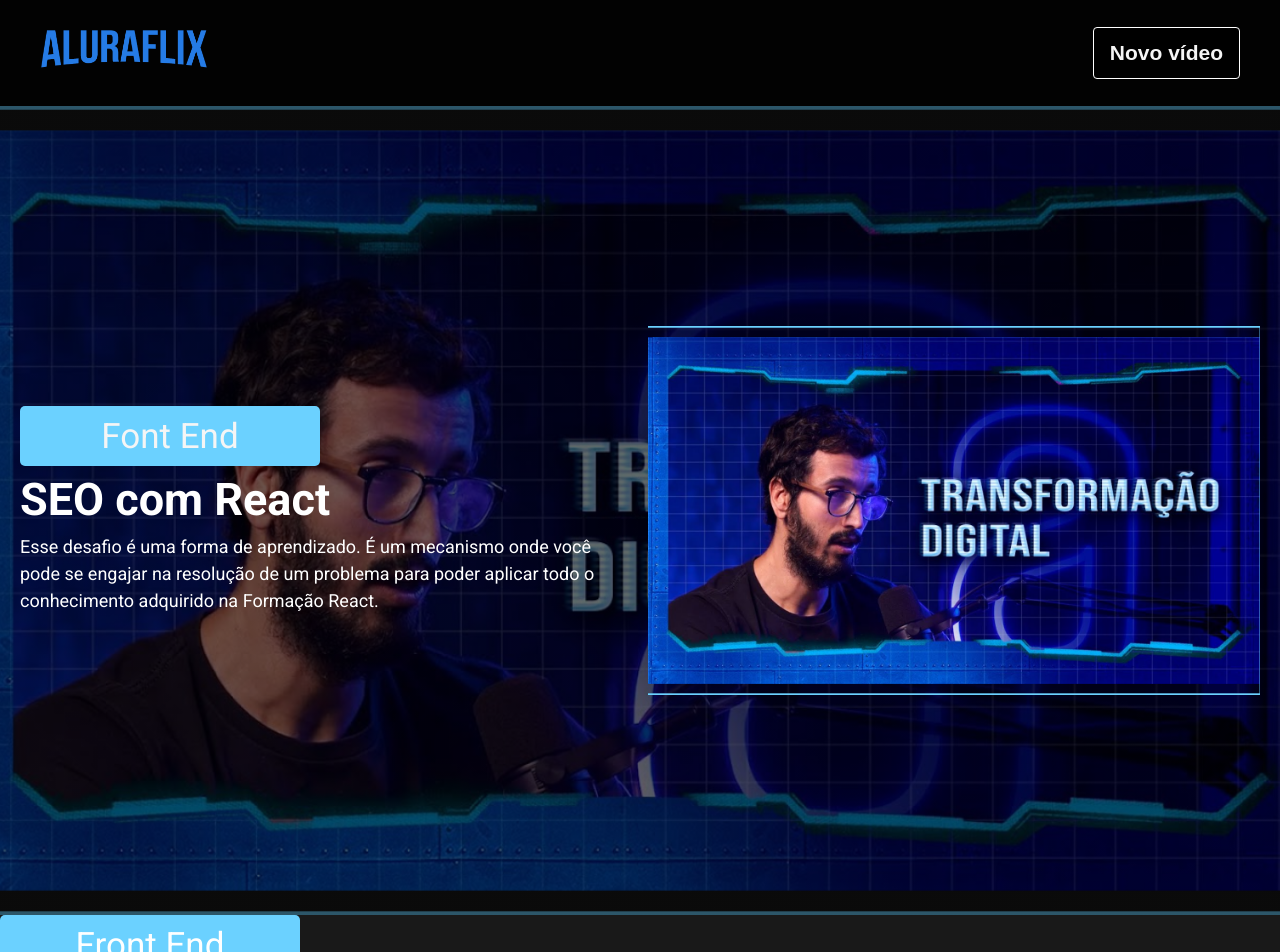
Repository: CarlosEduardoVdeOliveira/aluraflix
Page: /
An editor plug-in stored every save of this project. The page is shown before and after the next save, followed by the edit.
The browser window is 1280 px wide. The pictures show the part of the page from y = 0 to 952 px (the page is 2961 px tall).
The project was rebuilt for these pictures with package versions that can differ from the ones it lists, and the page was loaded fresh each time. Also part of the build but not shown: vite.config.js, src/components/Input/Input.module.css, src/components/Input/index.jsx, src/components/TextArea/TextArea.module.css, src/components/TextArea/index.jsx, src/pages/RegisterVideo/Register.module.css, src/pages/RegisterVideo/index.jsx, src/components/Table/Table.module.css and 3 more.

Above is the page before, as saved 2023-09-26 10:25:28.

After the next save:
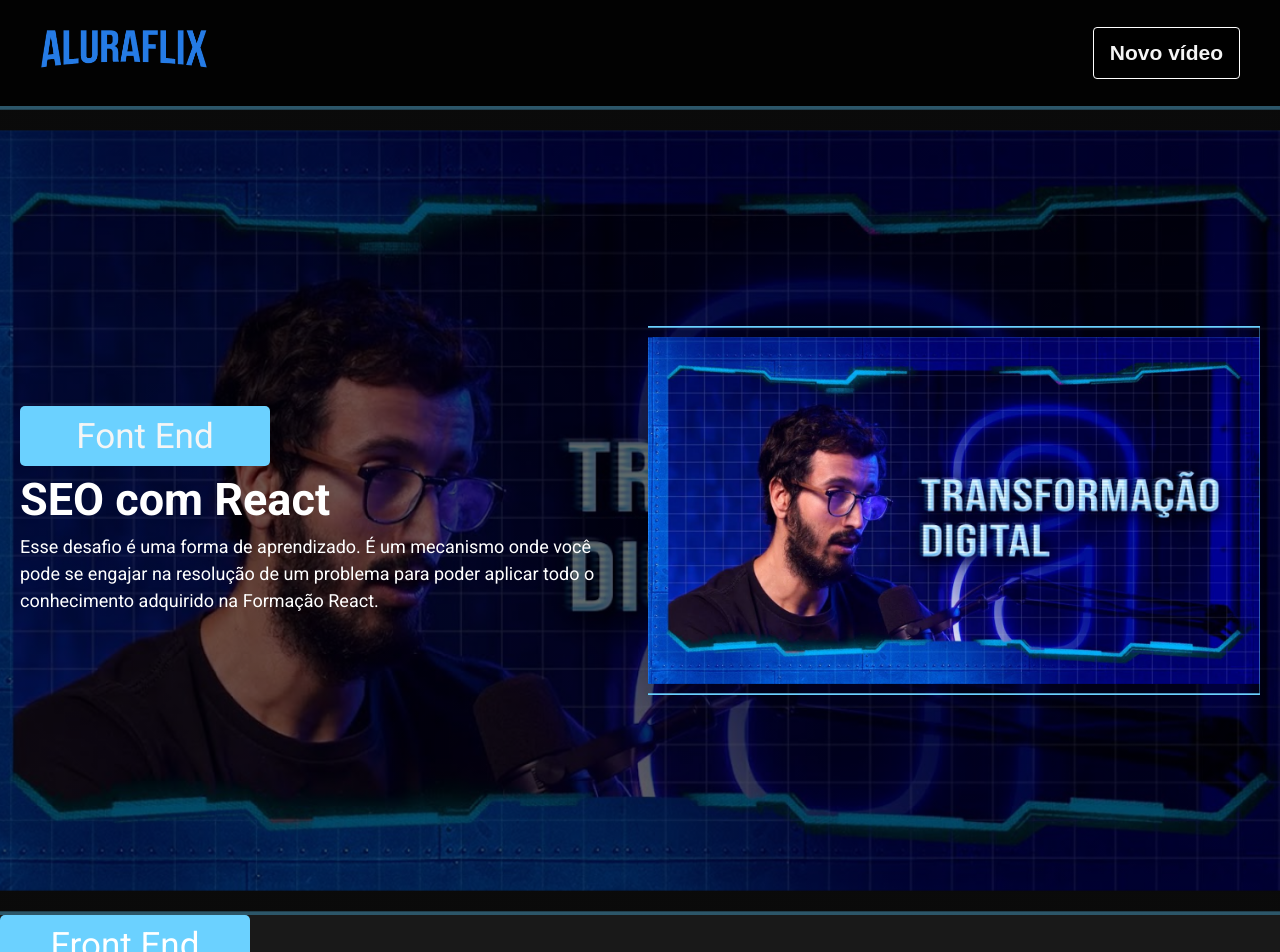
Saved 17 s later.
--- a/src/components/TitleCategory/TitleCategory.module.css
+++ b/src/components/TitleCategory/TitleCategory.module.css
@@ -1,6 +1,6 @@
 .container{
   width: fit-content;
-  min-width: 300px;
+  min-width: 250px;
   height: 60px;
   padding: 5px;
   text-align: center;
